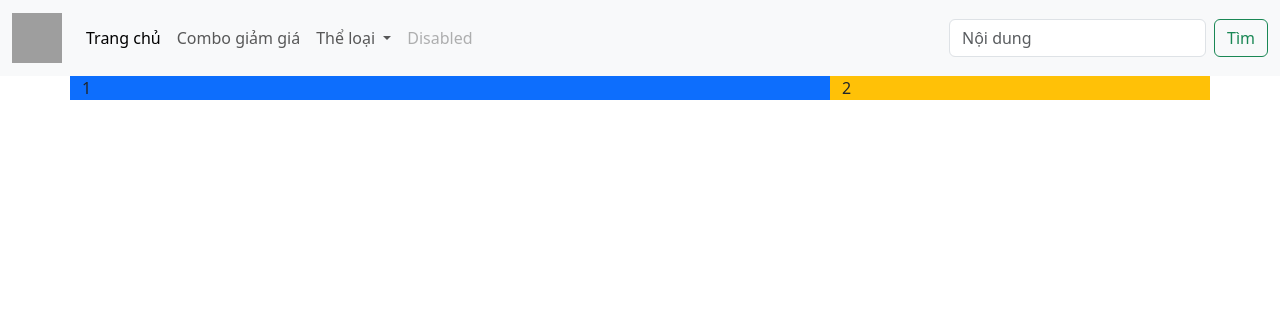
Repository: Vanh260703/Java-Servlet
Page: Bai4_Boostrap/src/main/webapp/index.html
The author's editor kept a copy of each file at every save. The page is drawn from the files as they stood at one save, then again after the next save.
The browser window is 1280 px wide. The pictures show the whole page.
Pictures or frames that could not be fetched are drawn as grey boxes.

Above is the page before, as saved 2025-03-01 14:07:52.

### Bai4_Boostrap/src/main/webapp/index.html
<!DOCTYPE html>
<html>

<head>
	<meta charset="UTF-8">
	<title>Ví dụ Boostrap</title>
	<link href="https://cdn.jsdelivr.net/npm/bootstrap@5.3.3/dist/css/bootstrap.min.css" rel="stylesheet"
		integrity="sha384-QWTKZyjpPEjISv5WaRU9OFeRpok6YctnYmDr5pNlyT2bRjXh0JMhjY6hW+ALEwIH" crossorigin="anonymous">
	<script src="https://cdn.jsdelivr.net/npm/@popperjs/core@2.11.8/dist/umd/popper.min.js"
		integrity="sha384-I7E8VVD/ismYTF4hNIPjVp/Zjvgyol6VFvRkX/vR+Vc4jQkC+hVqc2pM8ODewa9r"
		crossorigin="anonymous"></script>
	<script src="https://cdn.jsdelivr.net/npm/bootstrap@5.3.3/dist/js/bootstrap.min.js"
		integrity="sha384-0pUGZvbkm6XF6gxjEnlmuGrJXVbNuzT9qBBavbLwCsOGabYfZo0T0to5eqruptLy"
		crossorigin="anonymous"></script>
</head>

<body>
	<!--Navbar-->
	<nav class="navbar navbar-expand-lg bg-body-tertiary">
		<div class="container-fluid">
			<a class="navbar-brand" href="#">
      <img src="https://www.saokim.com.vn/blog/wp-content/uploads/2022/04/logo-moi-cua-starbucks.jpg.webp" alt="Bootstrap" width="50" height="50">
    </a>
			<button class="navbar-toggler" type="button" data-bs-toggle="collapse"
				data-bs-target="#navbarSupportedContent" aria-controls="navbarSupportedContent" aria-expanded="false"
				aria-label="Toggle navigation">
				<span class="navbar-toggler-icon"></span>
			</button>
			<div class="collapse navbar-collapse" id="navbarSupportedContent">
				<ul class="navbar-nav me-auto mb-2 mb-lg-0">
					<li class="nav-item">
						<a class="nav-link active" aria-current="page" href="#">Trang chủ</a>
					</li>
					<li class="nav-item">
						<a class="nav-link" href="#">Combo giảm giá</a>
					</li>
					<li class="nav-item dropdown">
						<a class="nav-link dropdown-toggle" href="#" role="button" data-bs-toggle="dropdown"
							aria-expanded="false">
							Thể loại
						</a>
						<ul class="dropdown-menu">
							<li><a class="dropdown-item" href="#">Quần Jean</a></li>
							<li><a class="dropdown-item" href="#">Áo thun</a></li>
							<li>
								<hr class="dropdown-divider">
							</li>
							<li><a class="dropdown-item" href="#">Áo sơ mi</a></li>
						</ul>
					</li>
					<li class="nav-item">
						<a class="nav-link disabled" aria-disabled="true">Disabled</a>
					</li>
				</ul>
				<form class="d-flex" role="search">
					<input class="form-control me-2" type="search" placeholder="Nội dung" aria-label="Search">
					<button class="btn btn-outline-success" type="submit">Tìm</button>
				</form>
			</div>
		</div>
	</nav>
	<!-- End Navbar -->

	<!-- Page content -->
	<div class = "container">
		<div class = "row">
			<div class = "col-8 bg-primary" >1</div>
			<div class = "col-4 bg-warning">2</div>
		</div>
	</div>
	<!--  End Page content -->

</body>

</html>

After the next save:
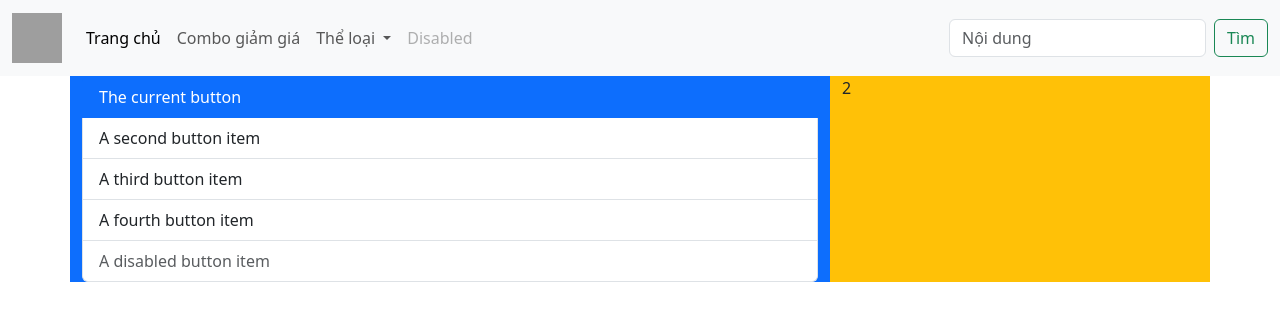
Saved 19 min 56 s later.
--- a/Bai4_Boostrap/src/main/webapp/index.html
+++ b/Bai4_Boostrap/src/main/webapp/index.html
@@ -64,7 +64,17 @@
 	<!-- Page content -->
 	<div class = "container">
 		<div class = "row">
-			<div class = "col-8 bg-primary" >1</div>
+			<div class = "col-8 bg-primary" >
+				<div class="list-group">
+  <button type="button" class="list-group-item list-group-item-action active" aria-current="true">
+    The current button
+  </button>
+  <button type="button" class="list-group-item list-group-item-action">A second button item</button>
+  <button type="button" class="list-group-item list-group-item-action">A third button item</button>
+  <button type="button" class="list-group-item list-group-item-action">A fourth button item</button>
+  <button type="button" class="list-group-item list-group-item-action" disabled>A disabled button item</button>
+</div>
+			</div>
 			<div class = "col-4 bg-warning">2</div>
 		</div>
 	</div>
